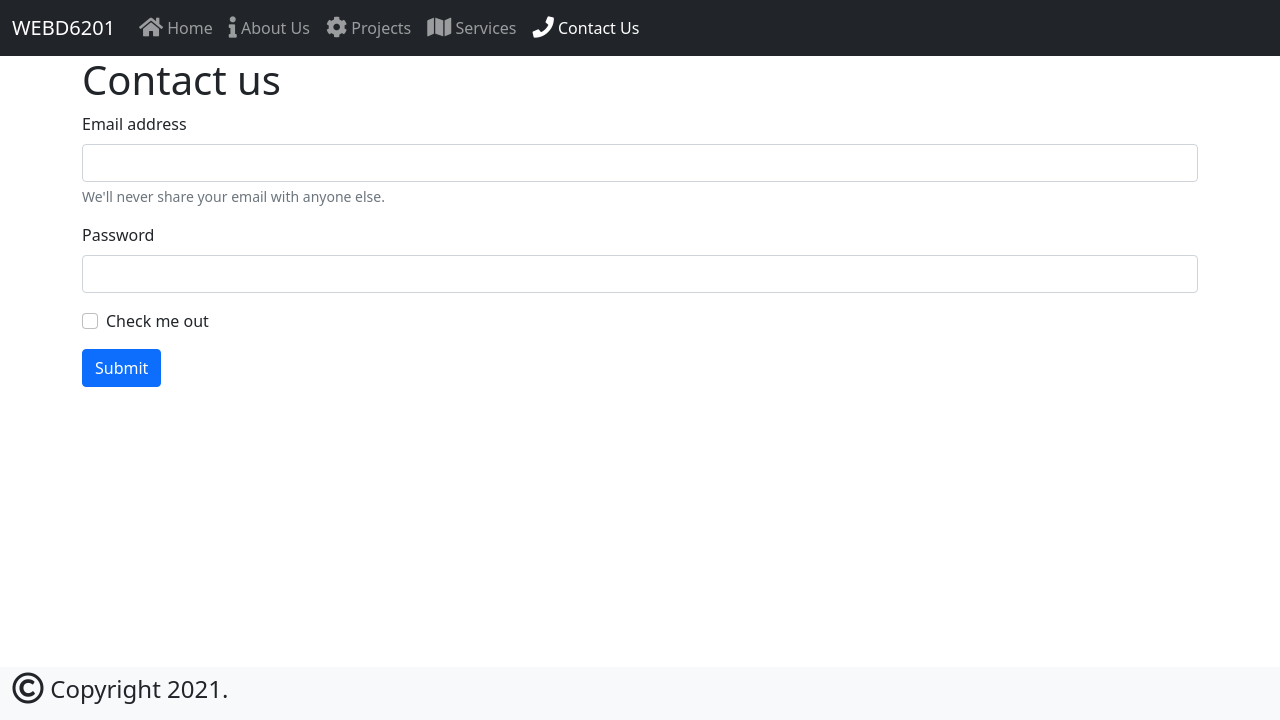
Repository: aphim/Webd6201-wk3
Page: contact.html
An editor plug-in stored every save of this project. The page is shown before and after the next save, followed by the edit.
The browser window is 1280 px wide. The pictures show the whole page.

Above is the page before, as saved 2021-01-21 09:14:45.

### contact.html
<!DOCTYPE html>
<html lang="en">
<head>
    <meta charset="UTF-8">
    <meta name="viewport" content="width=device-width, initial-scale=1.0">
    <title>Contact</title>
    <!-- CSS Section -->
    <link rel="stylesheet" href="./node_modules/bootstrap/dist/css/bootstrap.min.css">
    <link rel="stylesheet" href="./node_modules/@fortawesome/fontawesome-free/css/all.min.css">
    <link rel="stylesheet" href="./Content/app.css">
</head>
<body>
  <!-- Main Header-->
    <header>
      <!-- Main navigation-->
        <nav class="navbar navbar-expand-lg navbar-dark bg-dark">
            <div class="container-fluid">
              <a class="navbar-brand" href="index.html">WEBD6201</a>
              <button class="navbar-toggler" type="button" data-bs-toggle="collapse" data-bs-target="#navbarSupportedContent" aria-controls="navbarSupportedContent" aria-expanded="false" aria-label="Toggle navigation">
                <span class="navbar-toggler-icon"></span>
              </button>
              <div class="collapse navbar-collapse" id="navbarSupportedContent">
                <ul class="navbar-nav me-auto mb-2 mb-lg-0">
                  <li class="nav-item">
                    <a class="nav-link" aria-current="page" href="index.html"><i class="fas fa-home fa-lg"></i> Home</a>
                  </li>

                  <li class="nav-item">
                    <a class="nav-link" aria-current="page" href="about.html"><i class="fas fa-info fa-lg"></i> About Us</a>
                  </li>

                  <li class="nav-item">
                    <a class="nav-link" aria-current="page" href="projects.html"><i class="fas fa-cog fa-lg"></i> Projects</a>
                  </li>

                  <li class="nav-item">
                    <a class="nav-link" aria-current="page" href="services.html"><i class="fas fa-map fa-lg"></i> Services</a>
                  </li>

                  <li class="nav-item">
                    <a class="nav-link active" aria-current="page" href="contact.html"><i class="fas fa-phone fa-lg"></i> Contact Us</a>
                  </li>
                </ul>
              </div>
            </div>
          </nav>
    </header>

<!--Main Content-->
    <main class="container">
        <h1>Contact us</h1>
<div class="row">
  <form>

    <div class="mb-3">
      <label for="exampleInputEmail1" class="form-label">Email address</label>
      <input type="email" class="form-control" id="exampleInputEmail1" aria-describedby="emailHelp">
      <div id="emailHelp" class="form-text">We'll never share your email with anyone else.</div>
    </div>

    <div class="mb-3">
      <label for="exampleInputPassword1" class="form-label">Password</label>
      <input type="password" class="form-control" id="exampleInputPassword1">
    </div>

    <div class="mb-3 form-check">
      <input type="checkbox" class="form-check-input" id="exampleCheck1">
      <label class="form-check-label" for="exampleCheck1">Check me out</label>
    </div>

    <button type="submit" class="btn btn-primary">Submit</button>
  </form>
</div>

    </main>

    <!-- Main footer-->
    <footer>
        <nav class="navbar fixed-bottom navbar-light bg-light">
            <div class="container-fluid">
              <h4><i class="far fa-copyright fa-lg"></i> Copyright 2021.</h4>
            </div>
          </nav>
    </footer>

    <!-- Script Section-->
    <script src="./node_modules/jquery/dist/jquery.min.js"></script>
    <script src="./node_modules/bootstrap/dist/js/bootstrap.bundle.min.js"></script>
    <script src="./Scripts/app.js"></script>
</body>
</html>

### Scripts/app.js
/* custom JavaScript goes here */

//IIFE - Immediately Invoked Function Expression
//AKA - Anonymous Self-Executing Function
//Closure - limits scope leak

"use strict";

(function()
{
function displayHome()
{

        let paragraphOneText = "This is a simple site to demonstrate DOM Manipulation for ICE 1";

        //Different ways to select a paragraph element "paragraph one"
        let paragraphOneElement = document.getElementById("paragraphOne");

        //let paragraphOneParagraph = document.getElementsByTagName("p")[0];
        //let paragraphOneQuery = document.querySelector("p");
        //console.log(paragraphOneElement);
        //console.log(paragraphOneParagraph);
        //console.log(paragraphOneQuery);

        paragraphOneElement.textContent = paragraphOneText;
        paragraphOneElement.className = "fs-5";

        // step 1. Create an element
        let newParagraph = document.createElement("p");
        //step 2. configure element
        newParagraph.setAttribute("id", "paragraphTwo");
        newParagraph.textContent = "...And this is paragraph two";
        //Step 3. select the parent element
        let mainContent = document.getElementsByTagName("main")[0];
        //step 4. Add/insert the element
        mainContent.appendChild(newParagraph);

        newParagraph.className = "fs-6";

        //////another way to add an element ///////
        //let paragraphThree =`<p class="fs-7 fw-bold">And this is the Third Paragraph</p>`;
        //mainContent.innerHTML = paragraphThree;

        let paragraphDiv = document.createElement("div");
        let paragraphThree = `<p id="paragraphThree" class="fs-7 fw-bold">And this is the third paragraph</p>`
        paragraphDiv.innerHTML = paragraphThree;

        //insertion before a node
        //newParagraph.before(paragraphDiv);
        newParagraph.after(paragraphDiv);

        //deletions
        //paragraphOneElement.remove();
        mainContent.removeChild(paragraphOneElement);

        //Update / modification of an element
        //mainContent.firstElementChild.textContent = "Welcome Home!";

        mainContent.innerHTML =
        `<h1 id="firstHeading">Welcome to WEBD6201 - Lab 1</h1>
        <p id="paragraphOne" class="fs-3 fw-bold">This is my first paragraph</p>`

}
function displayAbout()
{

}
function displayProjects()
{

}
function displayServices()
{

}
function displayContact()
{

}




    function Start()
    {
        console.log("App Started...");

        switch(document.title)
        {
            case "Home":
                displayHome();
                break;
            case "About":
                displayAbout();
                break;
            case "Projects":
                displayProjects();
                break;
            case "Services":
                displayServices();
                break;
            case "Contact":
                displayContact();
                break;
        }

    }



    window.addEventListener("load", Start);

})();

Loaded but not shown: node_modules/bootstrap/dist/css/bootstrap.min.css (library); node_modules/@fortawesome/fontawesome-free/css/all.min.css (library); Content/app.css (common file); node_modules/jquery/dist/jquery.min.js (library); node_modules/bootstrap/dist/js/bootstrap.bundle.min.js (library)

After the next save:
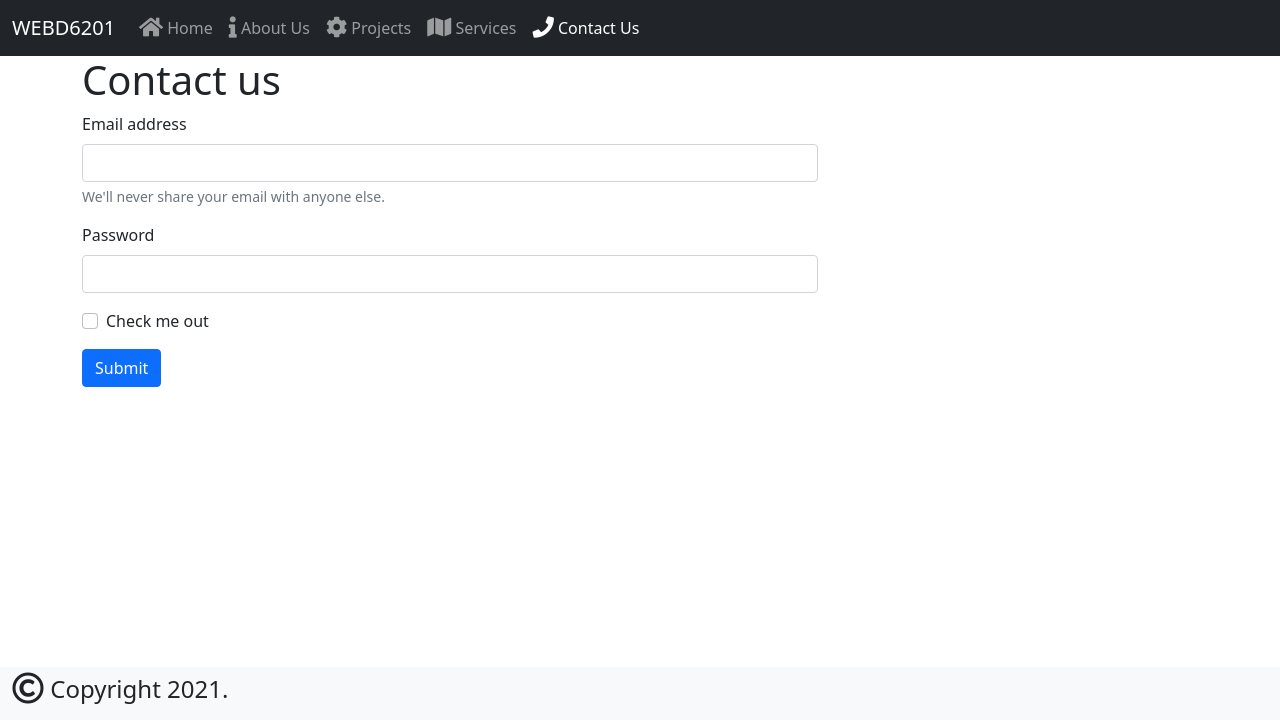
Saved 47 s later.
--- a/contact.html
+++ b/contact.html
@@ -49,8 +49,9 @@
 <!--Main Content-->
     <main class="container">
         <h1>Contact us</h1>
+
 <div class="row">
-  <form>
+  <form class="col-8">
 
     <div class="mb-3">
       <label for="exampleInputEmail1" class="form-label">Email address</label>
@@ -71,7 +72,6 @@
     <button type="submit" class="btn btn-primary">Submit</button>
   </form>
 </div>
-
     </main>
 
     <!-- Main footer-->
